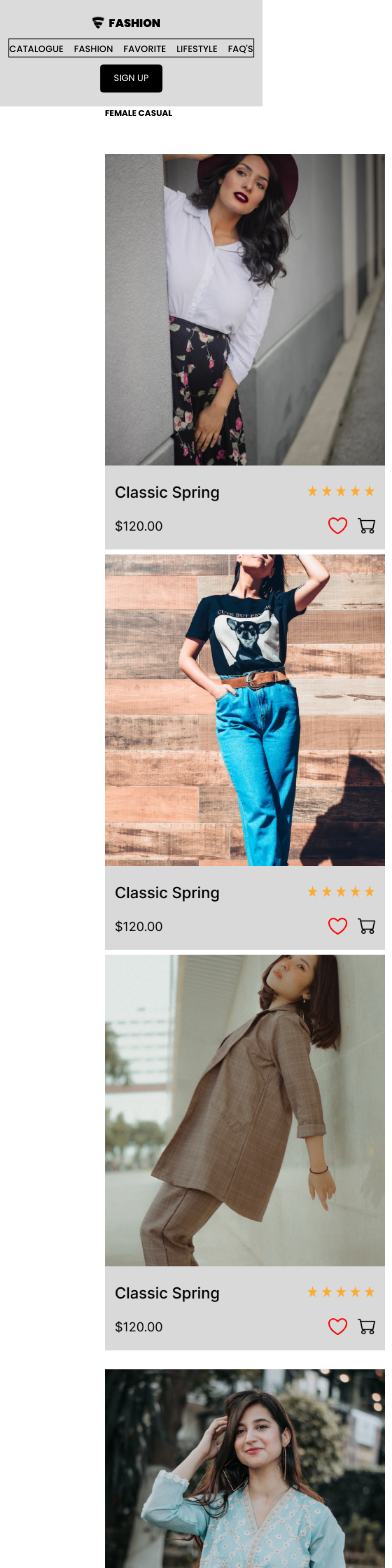
Repository: isaacCodes1/My-Project
Page: lifestyle.html
An editor plug-in stored every save of this project. The page is shown before and after the next save, followed by the edit.
The browser window is 375 px wide. The page is 560 px wide, so the pictures cover 560 px, including what lies to the right of the window. The pictures show the part of the page from y = 0 to 2240 px (the page is 5579 px tall before and 5591 px after), at 70% of full size.

Above is the page before, as saved 2024-03-21 18:25:50.

### lifestyle.html
<!DOCTYPE html>
<html lang="en">
  <head>
    <meta charset="UTF-8" />
    <meta name="viewport" content="width=device-width, initial-scale=1.0" />
    <link rel="stylesheet" href="style.css" />
    <link rel="stylesheet" href="Media query.css" />
    <title>Lifestyle Page</title>
  </head>
  <body>
    <main>
      <header>
        <nav>
          <!--------- NavItems ------->
          <div class="image">
            <a href="index.html"
              ><img src="/Assets/Pics/Vector (3).png" />FASHION</a
            >
          </div>
          <div class="navItems">
            <ul>
              <li><a href="catalogue.html">CATALOGUE</a></li>
              <li><a href="fashion.html">FASHION</a></li>
              <li><a href="favourite.html">FAVORITE</a></li>
              <li>
                <a style="color: #000" href="lifestyle.html">LIFESTYLE</a>
              </li>
              <li><a href="FAQ.html">FAQ'S</a></li>
            </ul>
            <a href="form.html"><button>SIGN UP</button></a>
          </div>
        </nav>
      </header>
    </main>
    <section class="faetured">
      <div class="featuredTxt">
        <h1>FEMALE CASUAL</h1>
      </div>
      <div class="featuredImg">
        <img src="/Assets/Group 307.png" alt="" />
        <img src="/Assets/Group 308.png" alt="" />
        <img src="/Assets/Group 309.png " alt="" />
      </div>
    </section>
    <section class="faetured">
      <div class="featuredImg">
        <img src="/Assets/Group 310.png" alt="" />
        <img src="/Assets/Group 311.png" alt="" />
        <img src="/Assets/Group 312.png" alt="" />
      </div>
    </section>
    <section class="foot">
        <div class="genFoot">
          <div class="footTxt">
            <h1>FEMALE ACCESSORIES</h1>
            <p>Lorem, ipsum dolor sit amet consectetur adipisicing.</p>
          </div>
          <div class="footImg">
            <img src="/Assets/Purple girl.png" alt="" />
            <img src="/Assets/tools.png" alt="" />
            <img src="/Assets/Classy.png" alt="" />
            <img src="/Assets/Paint brush.png" alt="" />
            <img src="/Assets/Head.png" alt="" />
            <img src="/Assets/Heels.png" alt="" />
          </div>
        </div>
      </section>
  </body>
</html>

### style.css
@import url("https://fonts.googleapis.com/css2?family=Poppins:ital,wght@0,100;0,200;0,300;0,400;0,500;0,600;0,700;0,800;0,900;1,100;1,200;1,300;1,400;1,500;1,600;1,700;1,800;1,900&display=swap");
* {
  margin: 0;
  padding: 0;
  box-sizing: border-box;
  font-family: "Poppins", sans-serif;
}
nav {
  display: flex;
  align-items: center;
  justify-content: space-between;
  width: 100%;
  padding: 20px 40px;
}

.image a {
  display: flex;
  align-items: center;
  gap: 6px;
  text-decoration: none;
  color: #000;
  font-size: 16px;
  font-weight: 900;
}
.image a img {
  width: 16%;
}
.navItems {
  display: flex;
  gap: 30px;
  align-items: center;
}
.navItems ul {
  display: flex;
  gap: 30px;
  list-style: none;
}
.navItems ul li a {
  text-decoration: none;
  color: #000;
  font-size: 16px;
  font-weight: 500;
}
.navItems ul li a:hover {
  transform: scale(1.05);
  color: #ebd96b;
  font-style: italic;
  border: 1px solid #000;
  transition: 1s ease-in-out;
}
.navItems button {
  border: 0;
  background: #000;
  padding: 10px 20px;
  color: #fff;
  border-radius: 5px;
  font-size: 13px;
}
.navItems button:hover {
  transform: scale(1.05);
  transition: 1s ease-in-out;
  color: #000;
  background: rgb(137, 136, 136);
}
.welcome {
  font-size: 30px;
  font-weight: 900;
  font-style: oblique;
}
.firstPageCont {
  padding: 20px 40px;
}
.FirstPage {
  display: flex;
  flex: 1;
  width: 100%;
  height: 90vh;
  padding: 40px 10px 0px 10px;
  border-radius: 30px;
  background: #f4f6f5;
}
.txtCont {
  display: flex;
  flex: 0.5;
  flex-direction: column;
  gap: 10px;
  padding-left: 40px;
}

.txtCont h1 {
  font-size: 64px;
  font-weight: 900;
  width: 50%;
  line-height: 75px;
}

.txtCont p {
  font-size: 20px;
}
.txtBtn {
  display: flex;
  align-items: center;
  width: 80%;
  margin-top: 10px;
  gap: 10px;
}
.btns {
  border: 0;
  background: #000;
  padding: 10px 20px;
  color: #fff;
  border-radius: 5px;
  font-size: 19px;
}
.btns:hover {
  transform: scale(1.05);
  transition: 1s ease-in-out;
  color: #000;
  background: rgb(137, 136, 136);
}
.txtBtn img {
  width: 100px;
}
.imgCont {
  flex: 0.5;
  display: flex;
  position: relative;
}
.star1 {
  position: absolute;
  top: 5px;
  left: 10px;
}
.star1 img {
  width: 30px;
}
.star2 {
  position: absolute;
  top: 20px;
  left: 450px;
}
.star2 img {
  width: 30px;
}
.star3 {
  position: absolute;
  bottom: 10px;
  left: 70px;
}
.star3 img {
  width: 30px;
}
.star4 {
  position: absolute;
  bottom: 20px;
  left: 400px;
}
.star4 img {
  width: 30px;
}
.spn1 {
  display: flex;
  align-items: center;
  background-image: url(/Assets/Pics/rectangle1.png);
  background-size: cover;
  background-repeat: no-repeat;
  width: 100%;
  padding-left: 20px;
}
.spn2 {
  background-image: url(/Assets/Pics/Rectangle2.png);
  background-size: cover;
  background-repeat: no-repeat;
  padding-right: 50px;
  padding-left: 20px;
}
/* next Page */
.firstPageFooter {
  background: #ebd96b;
  padding: 20px 10px;
  display: flex;
  align-items: center;
  justify-content: center;
}
.logoCont {
  display: flex;
  justify-content: center;
  gap: 100px;
}
.logoCont img {
  width: 7%;
}
.nextPageCont {
  margin-top: 20px;
  padding: 20px 40px;
  display: flex;
  flex-direction: column;
  gap: 55px;
  margin-bottom: 50px;
}
.nextPageText {
  position: relative;
}
.nextPageText h1 {
  font-size: 38px;
  letter-spacing: 1px;
  font-weight: 900;
}
.nextPageText img {
  position: absolute;
  bottom: 5px;
  left: 200px;
  width: 10%;
  z-index: -1;
}
.prettyImages {
  display: flex;
  gap: 35px;
}

.prettyImg img {
  width: 100%;
}
.payDay {
  background: linear-gradient(
    1.32deg,
    #e0c340 0.13%,
    #dfc23e 3.97%,
    #e1c441 7.2%,
    #e3c743 10.13%,
    #e4c542 12.98%,
    #e6c744 15.99%,
    #e7c845 19.52%,
    #e5c643 23.96%,
    #e6c945 30.43%,
    #e3c743 36.49%,
    #e9ca48 42.49%,
    #edce49 49.35%,
    #f0d44c 55.42%,
    #f4d84f 61.43%,
    #f6da52 65.74%,
    #f7db53 72.23%,
    #f9dd55 77.43%,
    #f9df56 83.84%,
    #fae157 91.52%,
    #f9df56 97.87%
  );
}
.yellowTxt {
  flex-direction: column;
  margin-bottom: 10px;
}
.yellowTxt h1 {
  font-size: 65px;
  font-weight: 900;
}
.yellowTxt p {
  font-size: 22px;
  font-weight: 500;
}

.yellowImg img {
  flex: 0.5;
  display: flex;
  width: 600px;
  position: relative;
}

.genDiv {
  display: flex;
  align-items: center;
}
.btn1 {
  border: 0;
  background: #000;
  padding: 15px 25px;
  color: #fff;
  border-radius: 5px;
  font-size: 18px;
  font-weight: 500;
}
.btn:hover {
  transform: scale(1.05);
  transition: 1s ease-in-out;
  color: #000;
  background: rgb(137, 136, 136);
}
.spn3 {
  display: flex;
  background-image: url(/Assets/rectangle1.png);
  background-size: cover;
  background-repeat: no-repeat;
  width: 300px;
}
.nxtSect {
  margin-top: 20px;
  padding: 20px 40px;
  display: flex;
  flex-direction: column;
  gap: 50px;
  margin-bottom: 50px;
}
.Images2 {
  display: flex;
}
.prettyImg2 {
  position: relative;
}
.prettyImg2 img {
  width: 70;
  height: 500px;
  margin-left: 70px;
}
.nextPageCont2 {
  margin-top: 20px;
  padding: 20px 40px;
  display: flex;
  gap: 50px;
  margin-bottom: 50px;
  display: flex;
  justify-content: space-between;
  align-items: center;
}
.nextPageText2 {
  display: flex;
  flex-direction: column;
  margin-left: 50px;
}
.nextPageText2 p {
  margin-bottom: 30px;
  color: #898a89;
}
.nextPageText2 h1 {
  font-size: 30px;
  letter-spacing: 1px;
  font-weight: 900;
}
.nextPageText2 img {
  width: 30%;
  cursor: pointer;
  display: flex;
}
.store {
  display: flex;
  justify-content: space-between;
}
.store a img {
  width: 140px;
  gap: 50px;
}
.circle1 {
  position: absolute;
  right: 350px;
  bottom: 500px;
}
.circle1 img {
  width: 15px;
  height: 15px;
  display: flex;
}
.circley {
  position: absolute;
  right: 0;
  bottom: 470px;
}
.circley img {
  width: 30px;
  height: 30px;
}
.circleye {
  position: absolute;
  right: 400px;
  bottom: 60px;
}
.circleye img {
  width: 17px;
  height: 17px;
}
.circle2 {
  position: absolute;
  right: 0;
  bottom: 100px;
}
.circle2 img {
  width: 10px;
  height: 10px;
}
.elipses {
  position: absolute;
}
.bigC {
  position: absolute;
  right: -12px;
  bottom: 100px;
  z-index: -1;
}
.bigC img {
  width: 300px;
  height: 300px;
  background: transparent;
}

.largeC {
  position: absolute;
  right: -41px;
  bottom: 70px;
  z-index: -1;
}
.largeC img {
  width: 360px;
  height: 360px;
  /* background: transparent; */
}
.largeC1 {
  position: absolute;
  right: -70px;
  bottom: 50px;
  z-index: -1;
}
.largeC1 img {
  width: 420px;
  height: 400px;
}
.footerDiv {
  background: #e5c643;
  padding-bottom: 170px;
}
.h1footer {
  color: #fff;
  text-align: center;
  padding-top: 50px;
  font-size: 30px;
  font-weight: 1000;
}
.pFooter {
  display: flex;
  flex-direction: column;
  justify-content: center;
  align-items: center;
  text-align: center;
  color: #fff;
  font-size: 30px;
}

.input {
  background: #fff;
  width: 40%;
  padding: 5px 0px;
  border-radius: 10px;
}
.input input {
  background: none;
  border: 0;
  padding: 13px 0px 13px 0px;
  width: 76%;
  font-size: 17px;
  outline: 0;
}
.input a {
  font-size: 20px;
  text-decoration: 0;
  color: #fff;
  background: #000;
  padding: 10px 30px;
  border-radius: 5px;
}
.input a:hover {
  transform: scale(1.05);
  transition: 1s ease-in-out;
  color: #000;
  background: rgb(137, 136, 136);
}
.alert {
  border: 1px solid;
  text-decoration: none;
  font-size: 15px;
  background: blue;
  color: #fff;
  border-top-left-radius: 15px;
}
.alert:hover {
  background: black;
  color: #fff;
  border-top-left-radius: 5px;
  transition: 1s ease-in-out;
}
.footDiv {
  display: flex;
  background: #000;

  place-items: center;
  padding: 100px;
}

.footTxt {
  display: flex;
  flex-direction: column;
  gap: 15px;
}
.footTxt h1 {
  color: #fff;
  font-size: 30px;
  font-weight: 900;
}
.footTxt p {
  color: #777;
  font-size: 18px;
}
.socialIcons {
  display: flex;
  gap: 20px;
}

.icon {
  background: #ebd96b;
  width: 30px;
  display: flex;
  align-items: center;
  justify-content: center;
  height: 30px;
  border-radius: 8px;
}
.icon img {
  display: flex;
  align-items: center;
  width: 40px;
  place-items: center;
}
.btn33 {
  background: #000;
  color: #fff;
  padding: 15px;
  border-radius: 7px;
  border: 1px;
  font-size: 16px;
  transition: 1s ease-in-out;
}
.btn33:hover {
  color: #000;
  background: #dbdbdb;
}
.links {
  margin-left: 150px;
  padding-right: 20px;
  margin-bottom: 50px;
}
.links1 a {
  color: #fff;
  font-size: 18px;
  text-decoration: none;
}
.links2 a {
  text-decoration: none;
  color: #777;
  font-size: 11px;
}
.links1 {
  display: flex;
  flex-direction: column;
  color: #fff;
  font-size: 18px;
  margin-top: 0px;
}
.links2 {
  color: #777;
  font-size: 11px;
  padding-top: 5px;
}
.faetured {
  margin-bottom: 20px;
}
.faetured1 {
  margin-bottom: 50px;
}
.featuredTxt h1 {
  font-size: 40px;
  margin-left: 150px;
  margin-bottom: 50px;
}
.featuredImg {
  margin-left: 150px;
}
.featuredImg img {
  margin-right: 10px;
}
.welcome1 {
  font-size: 18px;
  font-weight: bold;
  font-style: italic;
}
.bee {
  margin-bottom: 40px;
}
.beeGen {
  background: url(/Assets/Background.png);
  background-repeat: no-repeat;
  display: flex;
}
.beetxt {
  color: #fff;
  margin-top: 70px;
}
.beetxt h1 {
  font-size: 30px;
  text-align: center;
}
.beetxt p {
  text-align: center;
  font-size: 15px;
}
.bbtn {
  border: 1px #fff;
  padding: 1px;
  font-size: 14px;
  margin-left: 200px;
  background: rgba(58, 56, 56, 0.274);
  transition: 1s ease-in-out;
}
.bbtn:hover {
  color: #000;
  background: #fff;
  transform: scale(1.05);
}
.sign {
  text-decoration: none;
}
.button2 {
  background-color: white;
  color: black;
  border-radius: 10em;
  font-size: 17px;
  font-weight: 600;
  padding: 1em 2em;
  cursor: pointer;
  transition: all 0.3s ease-in-out;
  border: 1px solid black;
  box-shadow: 0 0 0 0 black;
}

.button2:hover {
  transform: translateY(-4px) translateX(-2px);
  box-shadow: 2px 5px 0 0 black;
}

.button2:active {
  transform: translateY(2px) translateX(1px);
  box-shadow: 0 0 0 0 black;
}
.genFoot {
  background: #dbdbdb;
  padding-left: 90px;
}
.footTxt h1 {
  color: #000;
}
.footTxt p {
  color: #000;
}

### Media query.css
@media (max-width: 488px) {
  nav {
    flex-direction: column;
    gap: 10px;
    background: #dbdbdb;
  }
  .navItems {
    flex-direction: column;
    gap: 10px;
    color: #fff;
  }
  .navItems ul {
    gap: 15px;
    color: #fff;
    border: 1px solid #000;
  }
  .navItems ul li a {
    font-size: 13px;
  }
  .welcome {
    font-size: 20px;
  }
  .firstPageCont {
    padding: 0px;
  }
  .FirstPage {
    flex-direction: column;
    height: auto;
    padding: 0px;
  }

  .txtCont h1 {
    font-size: 50px;
    width: 100%;
  }
  .txtCont p {
    font-size: 15px;
  }
  .btns {
    font-size: 12px;
    margin-bottom: 20px;
  }
  .imgCont {
    flex-direction: column;
    width: 100%;
    display: none;
  }
  .spn1 {
    display: flex;
    align-items: center;
    background-image: url(/Assets/Pics/rectangle1.png);
    background-size: cover;
    background-repeat: no-repeat;
    width: 60%;
  }
  .spn2 {
    background-image: url(/Assets/Pics/Rectangle2.png);
    background-size: cover;
    background-repeat: no-repeat;
  }
  .logoCont {
    display: flex;
    justify-content: center;
    gap: 20px;
  }
  .logoCont img {
    width: 10%;
  }
  .prettyImages {
    display: flex;
    flex-direction: column;
  }
  .nextPageText img {
    position: absolute;
    bottom: 10px;
    left: 120px;
    width: 30%;
    z-index: -1;
  }
  .cardsContainer {
    display: flex;
    flex-direction: column;
    gap: 20px;
  }
  .genDiv {
    display: flex;
    flex-direction: column;
  }
  .yellowImg img {
    width: 100%;
  }
  .yellowTxt h1 {
    font-size: 40px;
  }
  .spn3 {
    width: 200px;
  }
  .yellowTxt p {
    font-size: 15px;
  }
  .btn {
    font-size: 12px;
  }
  .nextPageCont2 {
    display: flex;
    flex-direction: column;
    margin-bottom: 10px;
  }
  .nextPageText2 {
    margin-left: 0;
  }
  .nextPageText2 h1 {
    font-size: 25px;
  }
  .prettyImg2 {
    display: none;
  }
  .footerDiv {
    margin-left: 0;
  }
  .h1footer {
    font-size: 11px;
    text-align: 20px;
  }
  .pFooter p {
    font-size: 10px;
    margin-bottom: 2 0px;
  }
  .input {
    width: 90%;
  }
  .input::placeholder {
    font-size: 12px;
  }
  .input a {
    font-size: 5px;
  }
  .footDiv {
    display: flex;
    flex-direction: column;
    align-items: center;
  }
  .links {
    margin-left: 5px;
  }
  .icon {
    margin-bottom: 20px;
  }
  .icon img {
    width: 30px;
  }
  .links1 a {
    font-size: 15px;
  }
  .featuredTxt h1 {
    font-size: 12px;
  }
}

After the next save:
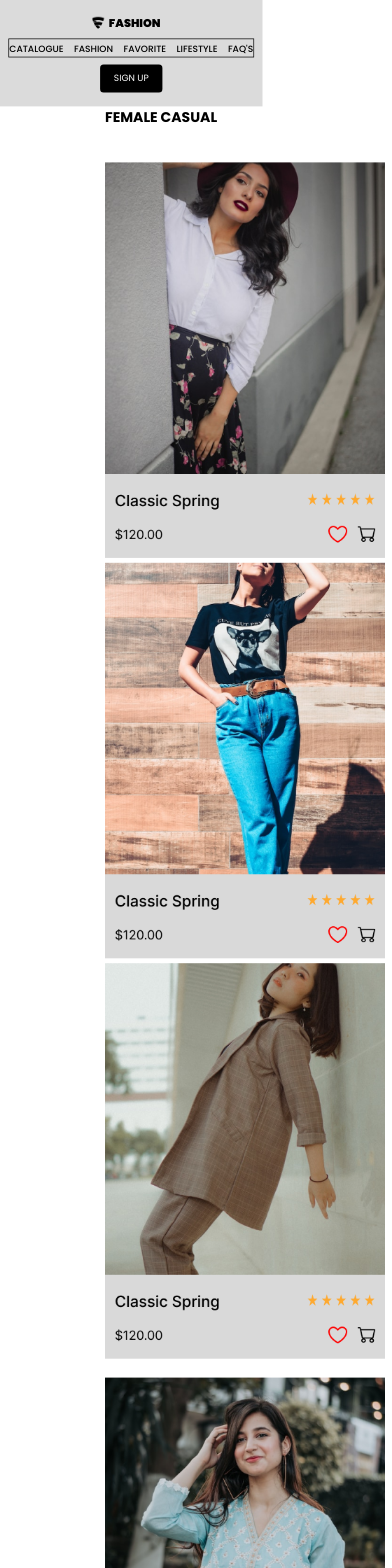
Saved 4 s later.
--- a/Media query.css
+++ b/Media query.css
@@ -153,6 +153,6 @@
     font-size: 15px;
   }
   .featuredTxt h1 {
-    font-size: 12px;
+    font-size: 20px;
   }
 }
